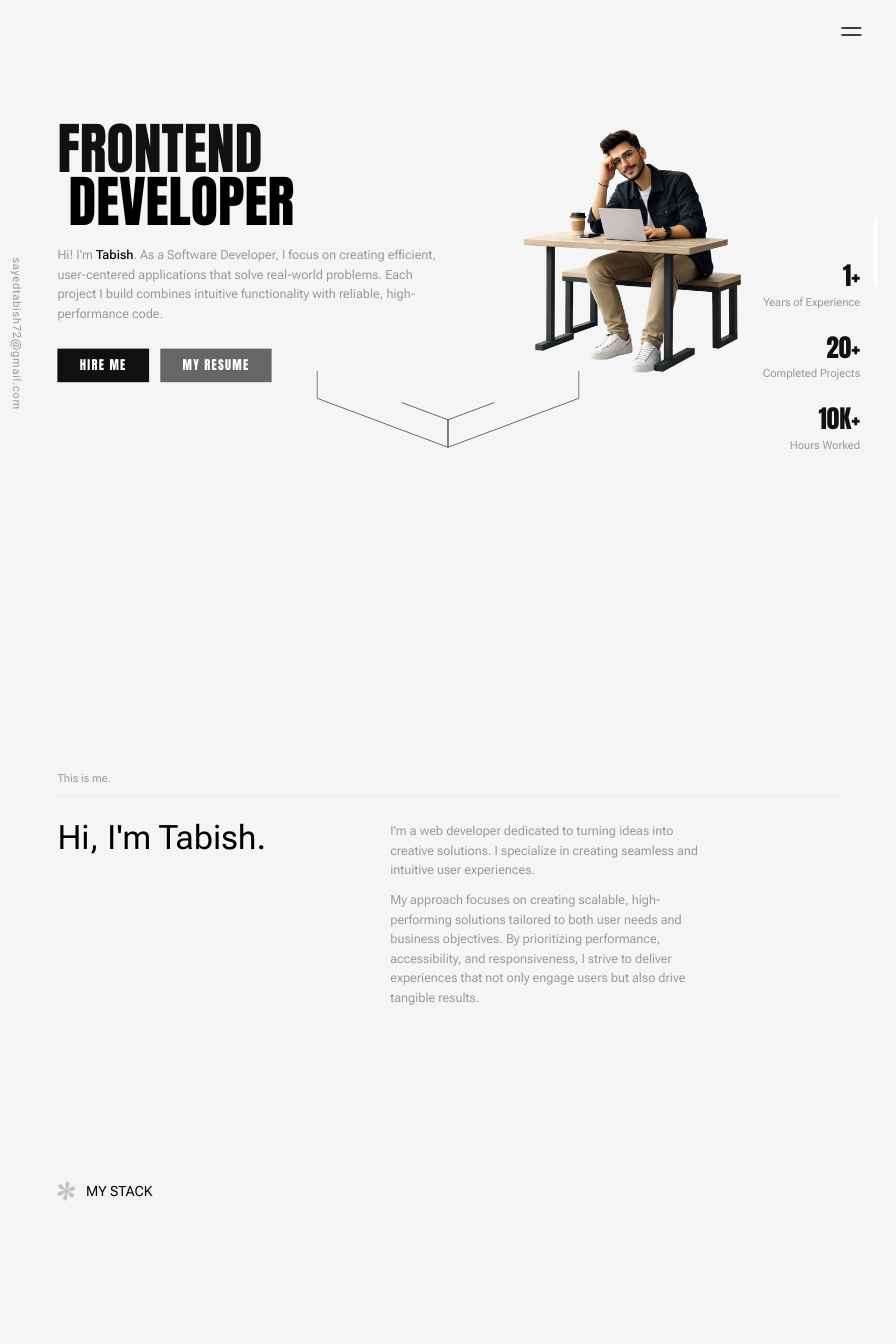
Repository: Tabishhaider72/Portfolio2.0
Page: /
An editor plug-in stored every save of this project. The page is shown before and after the next save, followed by the edit.
The browser window is 1280 px wide. The pictures show the part of the page from y = 0 to 1920 px (the page is 6834 px tall), at 70% of full size.
The page's requests for data from a server got no answer. The project was rebuilt for these pictures with package versions that can differ from the ones it lists, and the page was loaded fresh each time. The framework's server and built-in components were replaced by stand-ins that run in the browser. No one was signed in, and anything a server would have sent is missing. Also part of the build but not shown: next.config.ts, lib/data.ts.

Above is the page before, as saved 2026-02-22 03:36:21.

### app/layout.tsx
import type { Metadata } from 'next';
import { Anton, Roboto_Flex } from 'next/font/google';
import { ReactLenis } from 'lenis/react';

import 'lenis/dist/lenis.css';
import './globals.css';
import Footer from '@/components/Footer';
import ScrollProgressIndicator from '@/components/ScrollProgressIndicator';
import ParticleBackground from '@/components/ParticleBackground';
import Navbar from '@/components/Navbar';
import CustomCursor from '@/components/CustomCursor';
import Preloader from '../components/Preloader';
import StickyEmail from './_components/StickyEmail';
import ChatWidget from '@/components/ChatWidget';
import { GoogleAnalytics } from '@next/third-parties/google';
import Script from 'next/script';

const antonFont = Anton({
    weight: '400',
    style: 'normal',
    subsets: ['latin'],
    variable: '--font-anton',
});

const robotoFlex = Roboto_Flex({
    weight: ['100', '400', '500', '600', '700', '800'],
    style: 'normal',
    subsets: ['latin'],
    variable: '--font-roboto-flex',
});

export const metadata: Metadata = {
    title: 'Portfolio - Tabish Haider',
    description: 'Personal portfolio of Tabish Haider, a Software Developer.',
};

export default function RootLayout({
    children,
}: Readonly<{
    children: React.ReactNode;
}>) {
    return (
        <html lang="en">
            <GoogleAnalytics gaId="G-MHLY1LNGY5" />
            <Script id="hotjar" strategy="afterInteractive">
                {`(function(h,o,t,j,a,r){
                h.hj=h.hj||function(){(h.hj.q=h.hj.q||[]).push(arguments)};
                h._hjSettings={hjid:6380611,hjsv:6};
                a=o.getElementsByTagName('head')[0];
                r=o.createElement('script');r.async=1;
                r.src=t+h._hjSettings.hjid+j+h._hjSettings.hjsv;
                a.appendChild(r);
            })(window,document,'https://static.hotjar.com/c/hotjar-','.js?sv=');`}
            </Script>
            <body
                className={`${antonFont.variable} ${robotoFlex.variable} antialiased`}
            >
                <ReactLenis
                    root
                    options={{
                        lerp: 0.1,
                        duration: 1.4,
                    }}
                >
                    {/* <a
                        href="https://forms.gle/t73XYJgWD5cJNr6e8"
                        target="_blank"
                        rel="noopener noreferrer"
                        className="px-4 block bg-black text-center z-[1] text-sm py-2 hover:text-primary transition-all"
                    >
                        Frontend dev? I&apos;ll help you polish your resume —
                        completely free.
                    </a> */}
                    <Navbar />
                    <main>{children}</main>
                    <Footer />

                    <CustomCursor />
                    <Preloader />
                    <ScrollProgressIndicator />
                    <ParticleBackground />
                    <StickyEmail />
                </ReactLenis>
            </body>
        </html>
    );
}

### app/template.tsx
'use client';

import { useGSAP } from '@gsap/react';
import gsap from 'gsap';

gsap.registerPlugin(useGSAP);

export default function Template({ children }: { children: React.ReactNode }) {
    useGSAP(() => {
        const tl = gsap.timeline();

        tl.to('.page-transition--inner', {
            yPercent: 0,
            duration: 0.2,
        })
            .to('.page-transition--inner', {
                yPercent: -100,
                duration: 0.2,
            })
            .to('.page-transition', {
                yPercent: -100,
            });
    });

    return (
        <div>
            <div className="page-transition w-screen h-screen fixed top-0 left-0 bg-background-light z-[5]">
                <div className="page-transition--inner w-screen h-screen fixed top-0 left-0 bg-primary z-[5] translate-y-full"></div>
            </div>

            {children}
        </div>
    );
}

### app/page.tsx
import AboutMe from './_components/AboutMe';
import Banner from './_components/Banner';
import Experiences from './_components/Experiences';
import Skills from './_components/Skills';
import ProjectList from './_components/ProjectList';

export default function Home() {
    return (
        <div className="page-">
            <Banner />
            <AboutMe />
            <Skills />
            <Experiences />
            <ProjectList />
        </div>
    );
}

### app/globals.css
@tailwind base;
@tailwind components;
@tailwind utilities;

@layer base {
    :root {
        --background: 0 0% 96.1%;
        --background-light: 0 0% 100%;
        --foreground: 0 0% 0%;

        --card: 0 0% 100%;
        --card-foreground: 0 0% 0%;
        --popover: 0 0% 100%;
        --popover-foreground: 0 0% 0%;

        --primary: 0 0% 6.7%;
        --primary-foreground: 0 0% 100%;
        --secondary: 0 0% 40%;
        --secondary-foreground: 0 0% 100%;
        --muted: 0 0% 86.7%;
        --muted-foreground: 0 0% 60%;
        --accent: 0 0% 89.8%;
        --accent-foreground: 0 0% 0%;
        --destructive: 0 62.8% 30.6%;
        --destructive-foreground: 0 0% 100%;
        --border: 0 0% 89.8%;
        --input: 0 0% 96.1%;
        --ring: 0 0% 29%;
        --chart-1: 220 70% 50%;
        --chart-2: 160 60% 45%;
        --chart-3: 30 80% 55%;
        --chart-4: 280 65% 60%;
        --chart-5: 340 75% 55%;
    }
}

@layer base {
    ::-webkit-scrollbar {
        display: none;
    }
    * {
        @apply border-border !cursor-none;
    }
    body {
        @apply bg-background text-foreground font-roboto-flex;
    }
}

@layer components {
    .grid {
        @apply gap-[25px];
    }

    .markdown-text ul {
        @apply pl-5 mt-2 list-disc;
    }
}

### components/ScrollProgressIndicator.tsx
'use client';
import React, { useEffect, useRef } from 'react';

const ScrollProgressIndicator = () => {
    const scrollBarRef = useRef<HTMLDivElement>(null);

    useEffect(() => {
        const handleScroll = () => {
            if (scrollBarRef.current) {
                const { scrollHeight, clientHeight } = document.documentElement;
                const scrollableHeight = scrollHeight - clientHeight;
                const scrollY = window.scrollY;
                const scrollProgress = (scrollY / scrollableHeight) * 100;

                scrollBarRef.current.style.transform = `translateY(-${
                    100 - scrollProgress
                }%)`;
            }
        };

        handleScroll();

        window.addEventListener('scroll', handleScroll);
        return () => window.removeEventListener('scroll', handleScroll);
    }, []);

    return (
        <div className="fixed top-[50svh] right-[2%] -translate-y-1/2 w-1.5 h-[100px] rounded-full bg-background-light overflow-hidden">
            <div
                className="w-full bg-primary rounded-full h-full"
                ref={scrollBarRef}
            ></div>
        </div>
    );
};

export default ScrollProgressIndicator;

### components/ParticleBackground.tsx
'use client';
import { useGSAP } from '@gsap/react';
import gsap from 'gsap';
import { useRef } from 'react';

gsap.registerPlugin(useGSAP);

const ParticleBackground = () => {
    const particlesRef = useRef<HTMLDivElement[]>([]);

    useGSAP(() => {
        particlesRef.current.forEach((particle) => {
            gsap.set(particle, {
                width: Math.random() * 3 + 1,
                height: Math.random() * 3 + 1,
                opacity: Math.random(),
                left: Math.random() * window.innerWidth,
                top: Math.random() * (window.innerHeight + 1),
            });

            gsap.to(particle, {
                y: window.innerHeight,
                duration: Math.random() * 10 + 10,
                opacity: 0,
                repeat: -1,
                ease: 'none',
                // yoyo: true,
            });
        });
    }, []);

    return (
        <div className="fixed inset-0 z-0 pointer-events-none">
            {[...Array(100)].map((_, i) => (
                <div
                    key={i}
                    ref={(el) => {
                        particlesRef.current.push(el!);
                    }}
                    className="absolute rounded-full bg-white"
                />
            ))}
        </div>
    );
};

export default ParticleBackground;

### components/CustomCursor.tsx
'use client';
import { useGSAP } from '@gsap/react';
import gsap from 'gsap';
import { useRef } from 'react';

gsap.registerPlugin(useGSAP);

const CustomCursor = () => {
    const svgRef = useRef<SVGSVGElement>(null);

    useGSAP((context, contextSafe) => {
        if (window.innerWidth < 768) return;

        const handleMouseMove = contextSafe?.((e: MouseEvent) => {
            if (!svgRef.current) return;

            const { clientX, clientY } = e;

            gsap.to(svgRef.current, {
                x: clientX,
                y: clientY,
                ease: 'power2.out',
                duration: 0.25,
                opacity: 1,
            });
        }) as any;

        window.addEventListener('mousemove', handleMouseMove);

        return () => {
            window.removeEventListener('mousemove', handleMouseMove);
        };
    });

    return (
        <svg
            width="27"
            height="30"
            viewBox="0 0 27 30"
            className="hidden md:block fixed top-0 left-0 opacity-0 z-[50] pointer-events-none" // -translate-x-1/2 -translate-y-1/2
            fill="none"
            id="cursor"
            strokeWidth="2"
            opacity="0"
            xmlns="http://www.w3.org/2000/svg"
            ref={svgRef}
        >
            <path
                d="M20.0995 11.0797L3.72518 1.13204C2.28687 0.258253 0.478228 1.44326 0.704999 3.11083L3.28667 22.0953C3.58333 24.2768 7.33319 24.6415 8.3792 22.7043C9.5038 20.6215 10.8639 18.7382 12.43 17.7122C13.996 16.6861 16.2658 16.1911 18.6244 15.9918C20.8181 15.8063 21.9811 12.2227 20.0995 11.0797Z"
                className="fill-foreground stroke-background/50"
            />
        </svg>
    );
};

export default CustomCursor;

### app/_components/StickyEmail.tsx
import { GENERAL_INFO } from '@/lib/data';
import React from 'react';

const StickyEmail = () => {
    return (
        <div className="max-xl:hidden fixed bottom-32 left-0 block">
            <a
                href={`mailto:${GENERAL_INFO.email}`}
                className="px-3 text-muted-foreground tracking-[1px] transition-all !bg-bottom hover:text-foreground hover:!bg-center"
                style={{
                    // background:
                    //     'linear-gradient(to bottom, hsl(var(--muted-foreground)) 0% 33.33%, hsl(var(--primary)) 33.33% 66.66%, hsl(var(--muted-foreground)) 66.66% 100%)',
                    // backgroundSize: '100% 300%',

                    // backgroundClip: 'text',
                    // color: 'transparent',

                    textOrientation: 'mixed',
                    writingMode: 'vertical-rl',
                }}
            >
                {GENERAL_INFO.email}
            </a>
        </div>
    );
};

export default StickyEmail;

### app/_components/Experiences.tsx
'use client';
import SectionTitle from '@/components/SectionTitle';
import { MY_EXPERIENCE } from '@/lib/data';
import { useGSAP } from '@gsap/react';
import gsap from 'gsap';
import { ScrollTrigger } from 'gsap/all';
import { useRef } from 'react';

gsap.registerPlugin(useGSAP, ScrollTrigger);

const Experiences = () => {
    const containerRef = useRef<HTMLDivElement>(null);

    useGSAP(
        () => {
            const tl = gsap.timeline({
                scrollTrigger: {
                    trigger: containerRef.current,
                    start: 'top 60%',
                    end: 'bottom 50%',
                    toggleActions: 'restart none none reverse',
                    scrub: 1,
                },
            });

            tl.from('.experience-item', {
                y: 50,
                opacity: 0,
                stagger: 0.3,
            });
        },
        { scope: containerRef },
    );

    useGSAP(
        () => {
            const tl = gsap.timeline({
                scrollTrigger: {
                    trigger: containerRef.current,
                    start: 'bottom 50%',
                    end: 'bottom 20%',
                    scrub: 1,
                },
            });

            tl.to(containerRef.current, {
                y: -150,
                opacity: 0,
            });
        },
        { scope: containerRef },
    );

    return (
        <section className="py-section" id="my-experience">
            <div className="container" ref={containerRef}>
                <SectionTitle title="My Experience" />

                <div className="grid gap-14">
                    {MY_EXPERIENCE.map((item) => (
                        <div key={item.title} className="experience-item">
                            <p className="text-xl text-muted-foreground">
                                {item.company}
                            </p>
                            <p className="text-5xl font-anton leading-none mt-3.5 mb-2.5">
                                {item.title}
                            </p>
                            <p className="text-lg text-muted-foreground">
                                {item.duration}
                            </p>
                        </div>
                    ))}
                </div>
            </div>
        </section>
    );
};

export default Experiences;

### components/ArrowAnimation.tsx
import { useGSAP } from '@gsap/react';
import gsap from 'gsap';
import { ScrollTrigger } from 'gsap/all';
import { useRef } from 'react';

gsap.registerPlugin(ScrollTrigger, useGSAP);

const ArrowAnimation = () => {
    const svgRef = useRef<SVGSVGElement>(null);
    const arrow1Ref = useRef<SVGPathElement>(null);
    const arrow2Ref = useRef<SVGPathElement>(null);

    useGSAP(() => {
        gsap.set('#banner-arrow-svg', { fill: 'transparent', autoAlpha: 0 });
        gsap.set('.svg-arrow-1', {
            strokeDasharray: arrow1Ref.current?.getTotalLength(),
            strokeDashoffset: arrow1Ref.current?.getTotalLength(),
        });
        gsap.set('.svg-arrow-2', {
            strokeDasharray: arrow2Ref.current?.getTotalLength(),
            strokeDashoffset: arrow2Ref.current?.getTotalLength(),
        });

        const tl = gsap.timeline({ repeat: -1 });

        tl.to('#banner-arrow-svg', { autoAlpha: 1, duration: 0.1 });
        tl.to('.svg-arrow', {
            duration: 2,
            delay: 1,
            strokeDashoffset: 0,
        });
        tl.to('#banner-arrow-svg', {
            duration: 0.5,
            delay: 0.5,
            fill: '#ffffff08',
        });
        tl.to('#banner-arrow-svg', {
            duration: 1,
            y: 300,
        });
        tl.to('#banner-arrow-svg', {
            duration: 0,
            autoAlpha: 0,
        });
    });

    return (
        <svg
            id="banner-arrow-svg"
            width="376"
            height="111"
            viewBox="0 0 376 111"
            fill="transparent"
            xmlns="http://www.w3.org/2000/svg"
            className="absolute bottom-20 left-1/2 -translate-x-1/2 z-0"
            ref={svgRef}
        >
            <path
                className="svg-arrow svg-arrow-1"
                d="M1 1V39.9286L188 110V70.6822L1 1Z"
                stroke="#2C2C2C"
                ref={arrow1Ref}
            />
            <path
                className="svg-arrow svg-arrow-2"
                d="M375 1V39.9286L188 110V70.6822L375 1Z"
                stroke="#2C2C2C"
                ref={arrow2Ref}
            />
        </svg>
    );
};

export default ArrowAnimation;

### components/SectionTitle.tsx
import { ReactNode } from 'react';
import { SectionFlower } from './icons';
import { cn } from '@/lib/utils';

interface Props {
    icon?: ReactNode;
    className?: string;
    classNames?: {
        container?: string;
        title?: string;
        icon?: string;
    };
    title: string;
}

const SectionTitle = ({ icon, title, className, classNames }: Props) => {
    return (
        <div
            className={cn(
                'flex items-center gap-4 mb-10',
                className,
                classNames?.container,
            )}
        >
            {icon ? (
                icon
            ) : (
                <SectionFlower
                    width={25}
                    className={cn(
                        'animate-spin duration-7000',
                        classNames?.icon,
                    )}
                />
            )}
            <h2
                className={cn(
                    'text-xl uppercase leading-none',
                    classNames?.title,
                )}
            >
                {title}
            </h2>
        </div>
    );
};

export default SectionTitle;

### components/icons/index.ts
export { default as SectionFlower } from './SectionFlower';

### components/TransitionLink.tsx
'use client';
import { useGSAP } from '@gsap/react';
import gsap from 'gsap';
import Link from 'next/link';
import { useRouter } from 'next/navigation';
import React, { ComponentProps } from 'react';

interface Props extends ComponentProps<typeof Link> {
    back?: boolean;
}

gsap.registerPlugin(useGSAP);

const TransitionLink = ({
    href,
    onClick,
    children,
    back = false,
    ...rest
}: Props) => {
    const router = useRouter();

    const { contextSafe } = useGSAP(() => {});

    const handleLinkClick = contextSafe(
        async (e: React.MouseEvent<HTMLAnchorElement>) => {
            e.preventDefault();

            gsap.set('.page-transition', { yPercent: 100 });
            gsap.set('.page-transition--inner', { yPercent: 100 });

            const tl = gsap.timeline();

            tl.to('.page-transition', {
                yPercent: 0,
                duration: 0.3,
            });

            tl.then(() => {
                if (back) {
                    router.back();
                } else if (href) {
                    router.push(href.toString());
                } else if (onClick) {
                    onClick(e);
                }
            });
        },
    );

    return (
        <Link href={href} {...rest} onClick={handleLinkClick}>
            {children}
        </Link>
    );
};

export default TransitionLink;

### components/icons/SectionFlower.tsx
import * as React from 'react';
import type { SVGProps } from 'react';
interface SVGRProps {
    title?: string;
    titleId?: string;
}
const SvgSectionFlower = ({
    title,
    titleId,
    ...props
}: SVGProps<SVGSVGElement> & SVGRProps) => (
    <svg
        xmlns="http://www.w3.org/2000/svg"
        xmlnsXlink="http://www.w3.org/1999/xlink"
        fill="none"
        viewBox="0 0 25 29"
        aria-labelledby={titleId}
        {...props}
    >
        {title ? <title id={titleId}>{title}</title> : null}
        <path fill="url(#section-flower_svg__a)" d="M25 0H0v28.929h25z" />
        <defs>
            <pattern
                id="section-flower_svg__a"
                width={1}
                height={1}
                patternContentUnits="objectBoundingBox"
            >
                <use
                    xlinkHref="#section-flower_svg__b"
                    transform="matrix(.00255 0 0 .0022 -.01 0)"
                />
            </pattern>
            <image
                xlinkHref="data:[embedded picture, 32570 characters]"
                id="section-flower_svg__b"
                width={400}
                height={453}
            />
        </defs>
    </svg>
);
export default SvgSectionFlower;

### components/MessageBubble.tsx
/**
 * MessageBubble.tsx
 * Individual message component for chat display
 * Supports user and assistant messages with proper styling
 */

'use client';

interface MessageBubbleProps {
  role: 'user' | 'assistant';
  content: string;
  timestamp?: Date;
}

export default function MessageBubble({ role, content, timestamp }: MessageBubbleProps) {
  const isUser = role === 'user';

  return (
    <div
      className={`flex w-full gap-3 animate-in fade-in slide-in-from-bottom-3 duration-300 ${
        isUser ? 'flex-row-reverse' : 'flex-row'
      }`}
      role="article"
      aria-label={`${isUser ? 'Your message' : 'Assistant message'}`}
    >
      {/* Avatar */}
      <div
        className={`flex-shrink-0 w-8 h-8 rounded-full flex items-center justify-center text-xs font-bold text-white ${
          isUser ? 'bg-gradient-to-br from-blue-500 to-blue-600' : 'bg-gradient-to-br from-purple-500 to-indigo-600'
        }`}
      >
        {isUser ? 'You' : 'AI'}
      </div>

      {/* Message Bubble */}
      <div
        className={`max-w-xs lg:max-w-md xl:max-w-lg px-4 py-3 rounded-lg font-roboto-flex text-sm leading-relaxed ${
          isUser
            ? 'bg-blue-500 text-white rounded-br-none'
            : 'bg-gray-100 dark:bg-gray-800 text-gray-900 dark:text-gray-100 rounded-bl-none'
        }`}
      >
        <p className="whitespace-pre-wrap break-words">{content}</p>

        {/* Timestamp */}
        {timestamp && (
          <p
            className={`text-xs mt-1.5 ${
              isUser ? 'text-blue-100' : 'text-gray-500 dark:text-gray-400'
            }`}
          >
            {timestamp.toLocaleTimeString([], { hour: '2-digit', minute: '2-digit' })}
          </p>
        )}
      </div>
    </div>
  );
}

Loaded but not shown: lib/utils.ts (common file); components/ChatWidget.tsx (307 lines, source omitted); app/_components/Project.tsx (173 lines, source omitted); components/Navbar.tsx (160 lines, source omitted); app/_components/ProjectList.tsx (158 lines, source omitted); app/_components/Skills.tsx (142 lines, source omitted); app/_components/Banner.tsx (122 lines, source omitted); components/Button.tsx (123 lines, source omitted); app/_components/AboutMe.tsx (96 lines, source omitted); components/ChatInput.tsx (112 lines, source omitted); components/Footer.tsx (81 lines, source omitted); tailwind.config.ts (87 lines, source omitted); components/Preloader.tsx (71 lines, source omitted)

After the next save:
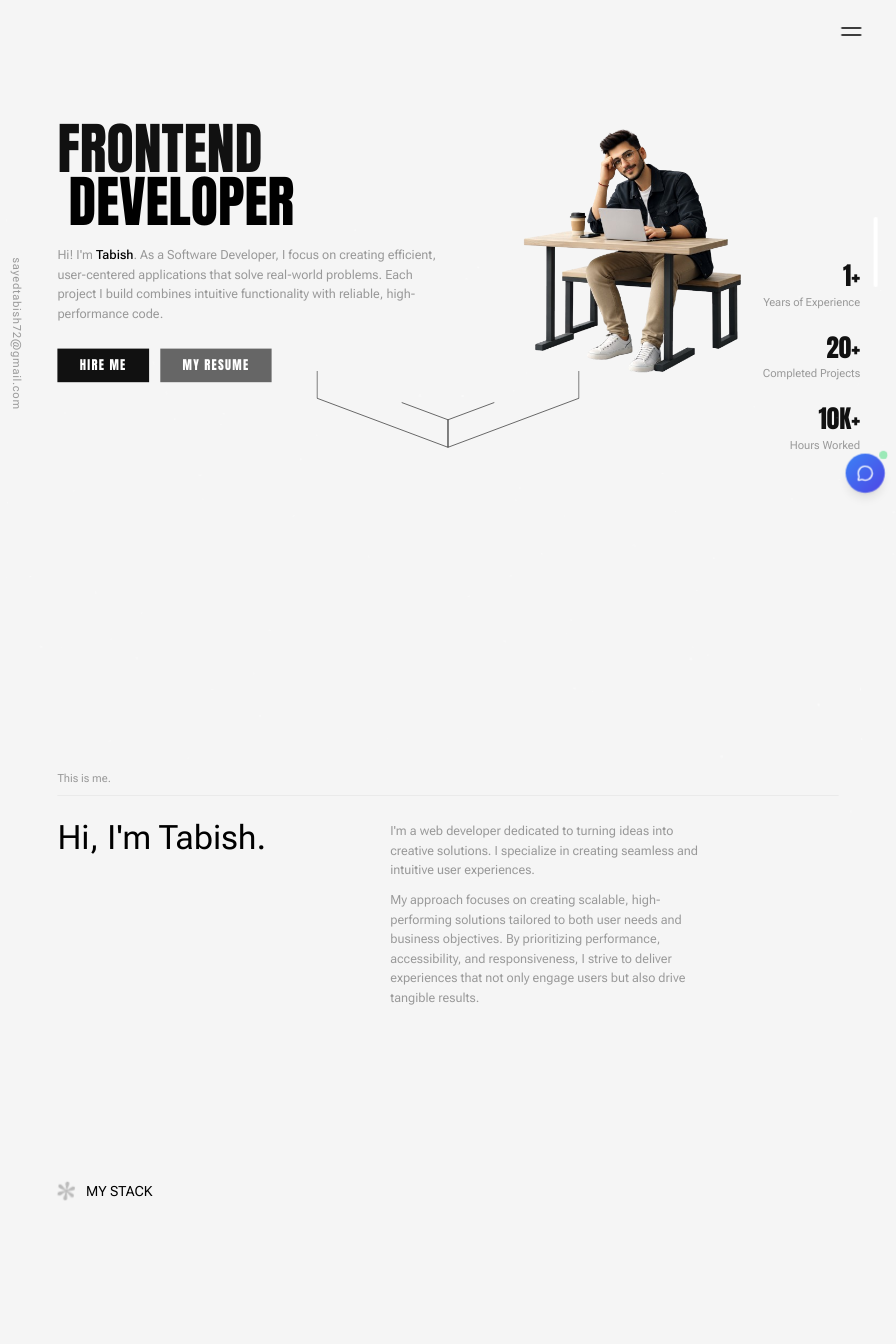
Saved 4 s later.
--- a/app/layout.tsx
+++ b/app/layout.tsx
@@ -80,6 +80,7 @@ export default function RootLayout({
                     <ScrollProgressIndicator />
                     <ParticleBackground />
                     <StickyEmail />
+                    <ChatWidget />
                 </ReactLenis>
             </body>
         </html>
